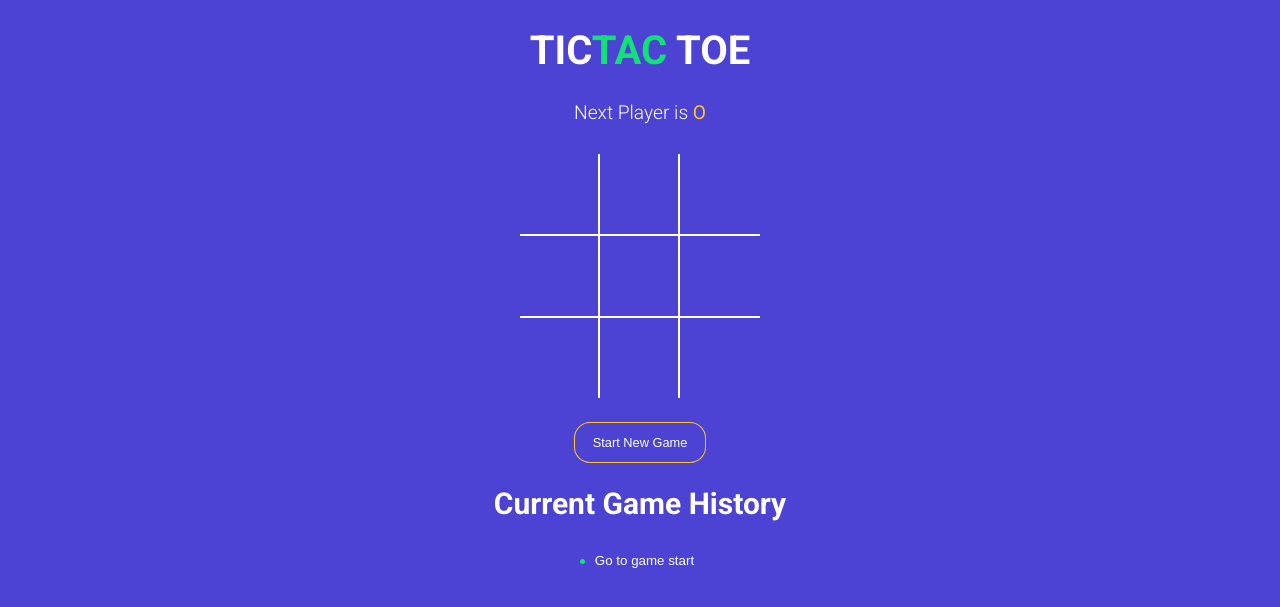
Repository: NoobAjay/tictactoe-game
Page: /
An editor plug-in stored every save of this project. The page is shown before and after the next save, followed by the edit.
The browser window is 1280 px wide. The pictures show the whole page.
The project was rebuilt for these pictures with package versions that can differ from the ones it lists, and the page was loaded fresh each time. Also part of the build but not shown: vite.config.js.

Above is the page before, as saved 2023-03-22 15:21:45.

After the next save:
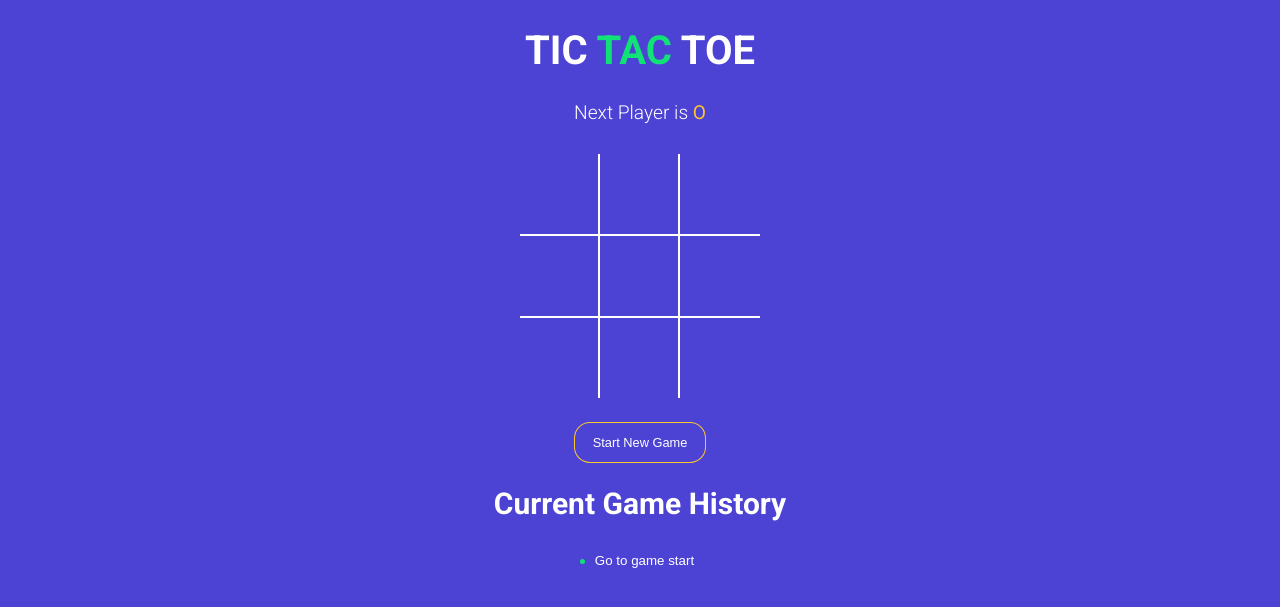
Saved 11 s later.
--- a/src/App.jsx
+++ b/src/App.jsx
@@ -60,7 +60,7 @@ function App() {
   return (
     <div className="app">
       <h1>
-        TIC<span className="text-green">TAC</span> TOE
+        TIC <span className="text-green">TAC</span> TOE
       </h1>
       <StatusMessage winner={winner} gamingBoard={gamingBoard} />
       <Board
